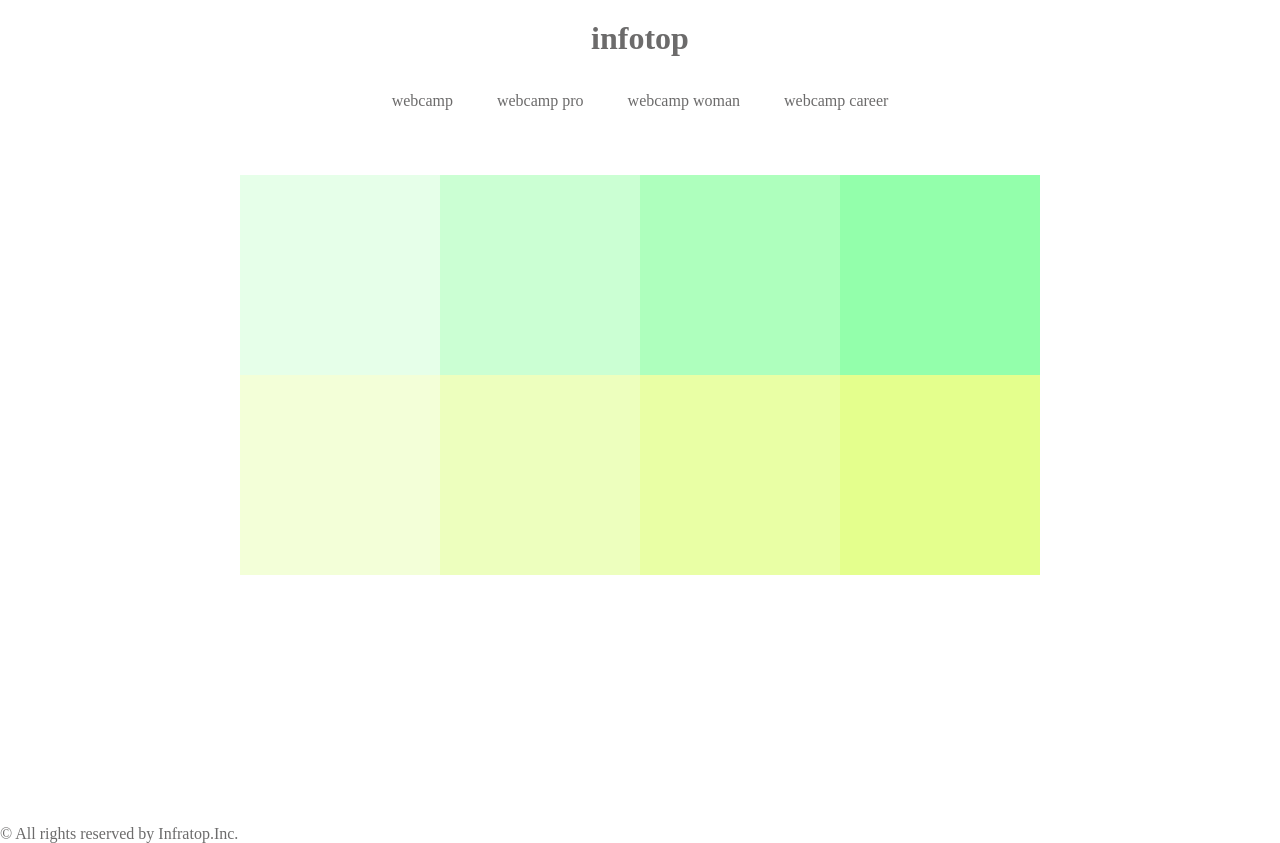
Repository: decknoboh/exercise1-8
Page: exercise1-5/index.html
The author's editor kept a record of every edit. The page is drawn from the files as they stood at one moment, then again after the next edit.
The browser window is 1280 px wide. The pictures show the whole page.

Above is the page before.

### exercise1-5/index.html
<!DOCTYPE html>
<html lang="ja">
  <head>
    <meta charset="utf-8" />
    <link rel="stylesheet" href="style.css" />
    <title>infratop</title>
  </head>

  <body>
    <header>
      <h1>
        <a href="index.html">
          infotop
        </a>
      </h1>
    </header>
    <nav>
    <ul class="nav-list">
      <li class="nav-list-item">
        <a href="index.html">webcamp</a>
      </li>
      <li class="nav-list-item">
        <a href="index.html">webcamp pro</a>
      </li>
      <li class="nav-list-item">
        <a href="index.html">webcamp woman</a>
      </li>
      <li class="nav-list-item">
        <a href="index.html">webcamp career</a>
      </li>
    </ul>
    </nav>
    <div class="main">
      <div class="box1"></div>
      <div class="box2"></div>
      <div class="box3"></div>
      <div class="box4"></div>
      <div class="box5"></div>
      <div class="box6"></div>
      <div class="box7"></div>
      <div class="box8"></div>
      <div class="box9"></div>
      <div class="box10"></div>
      <div class="box11"></div>
      <div class="box12"></div>
    </div>
    <footer>
      <p class="footer-text">© All rights reserved by Infratop.Inc.</p>
    </footer>
  </body>
</html>

### exercise1-5/style.css
*{
  margin: 0;
  padding: 0;
  box-sizing: border-box;
  color: #6c6b6b;
}

a{
  text-decoration: none;
}

header{
  width: 100%;
  padding: 20px 0;
  text-align: center;
}

.nav-list{
  text-align: center;
  padding: 15px 0;
  margin: 0 auto;
}

.nav-list-item{
  list-style: none;
  display: inline-block;
  margin: 0 20px;
}

.main{
  width: 800px;
  margin: 50px auto;
  display: flex;
  flex-wrap: wrap;
}

.box1{
  width: 200px;
  height: 200px;
  background-color: #e6ffe9;
}

.box2{
  width: 200px;
  height: 200px;
  background-color: #cbffd3;
}

.box3{
  width: 200px;
  height: 200px;
  background-color: #aeffbd;
}

.box4{
  width: 200px;
  height: 200px;
  background-color: #93ffab;
}

.box5{
  width: 200px;
  height: 200px;
  background-color: #f3ffd8;
}

.box6{
  width: 200px;
  height: 200px;
  background-color: #edffbe;
}

.box7{
  width: 200px;
  height: 200px;
  background-color: #e9ffa5;
}

.box8{
  width: 200px;
  height: 200px;
  background-color: #e4ff8d;
}

.box9{
  width: 200px;
  height: 200px;
  background-color:
}

.box10{
  width: 200px;
  height: 200px;
  background-color:
}

.box11{
  width: 200px;
  height: 200px;
  background-color:
}

.box12{
  width: 200px;
  height: 200px;
  background-color:
}

After the next edit:
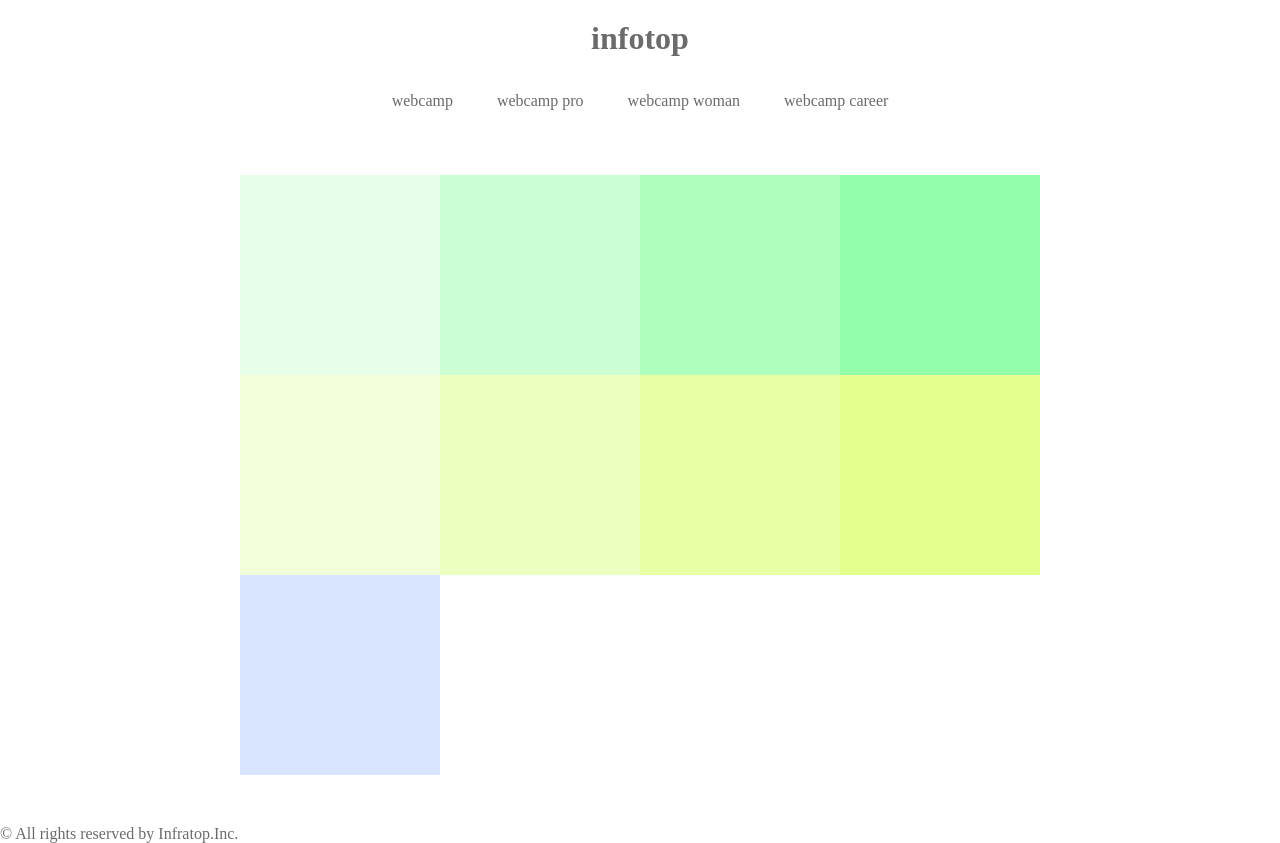
The edit:
--- a/exercise1-5/style.css
+++ b/exercise1-5/style.css
@@ -85,7 +85,7 @@
 .box9{
   width: 200px;
   height: 200px;
-  background-color:
+  background-color: #d9e5ff;
 }
 
 .box10{
